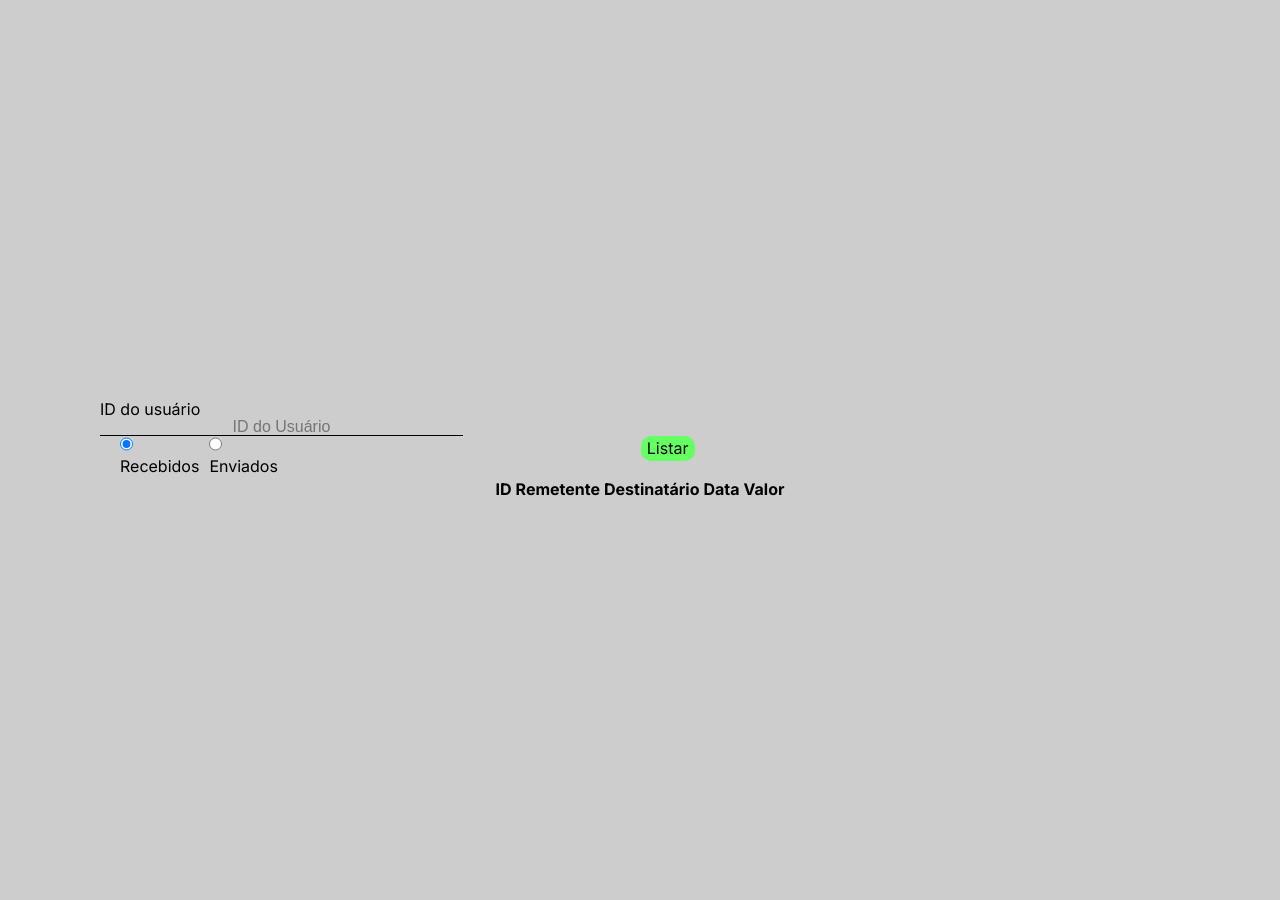
Repository: mateusilva8/tarefa-pix
Page: frontend/index.html
These files come from the project's save history. The page is drawn as it stood at one moment and after the next save; the edit follows.
The browser window is 1280 px wide. The pictures show the whole page.

Above is the page before, as saved 2023-10-22 15:02:56.

After the next save:
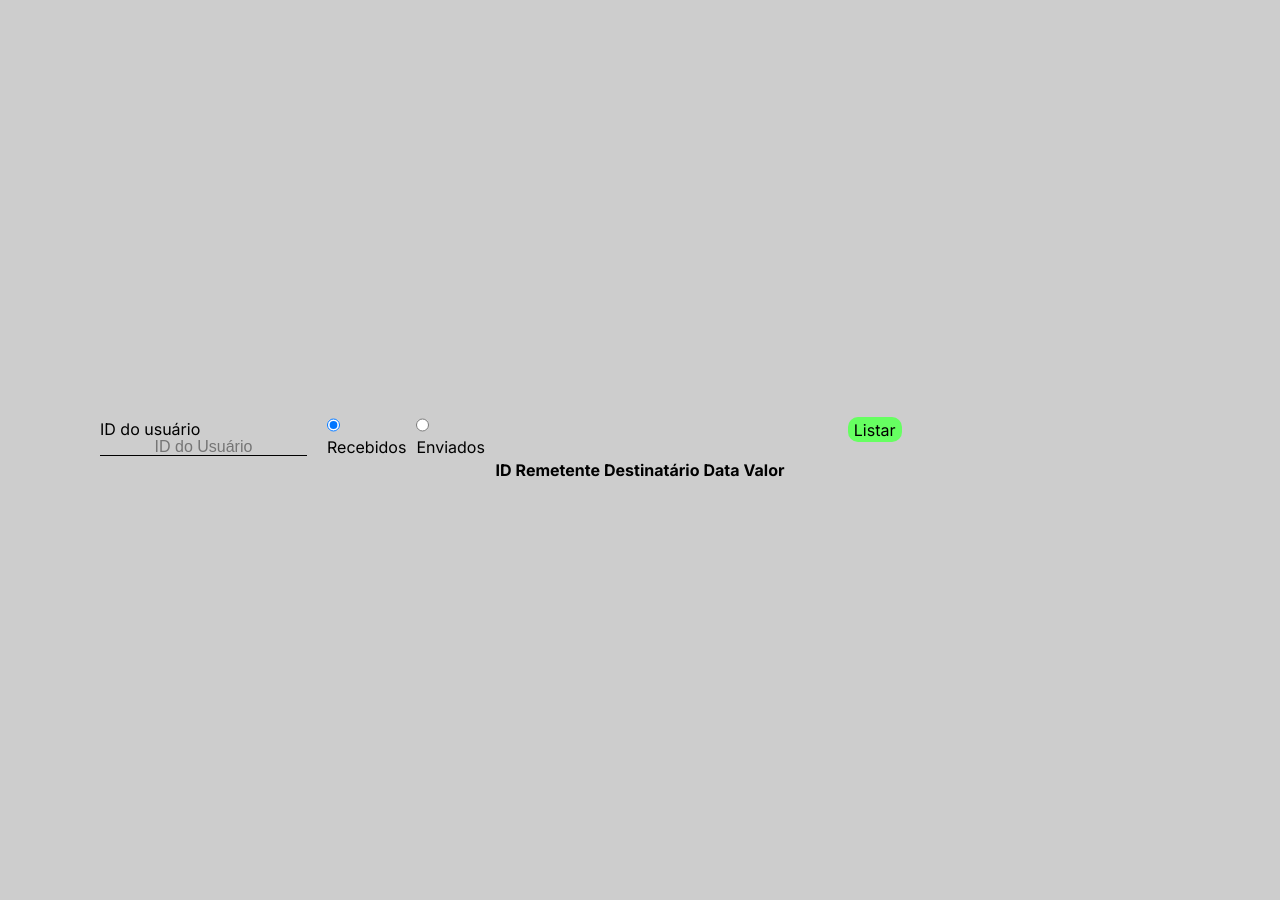
Saved 2 min 41 s later.
--- a/frontend/css/index.css
+++ b/frontend/css/index.css
@@ -17,6 +17,8 @@ body {
 
 .formulario form {
     align-items: center;
+    display: flex;
+    flex-direction: row;
 }
 
 .formulario {
